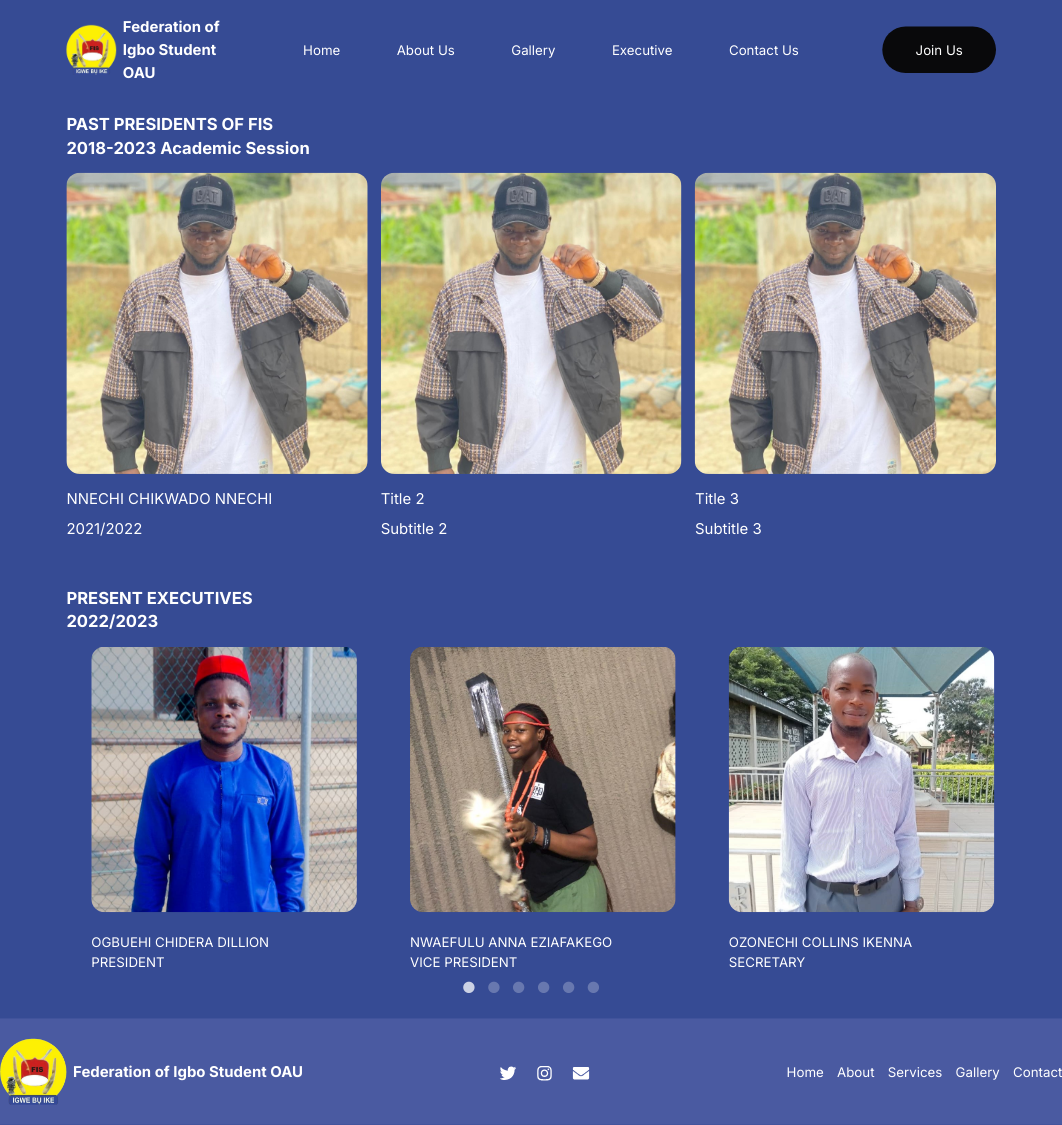
Repository: akinolapo/fis
Page: /executive
The author's editor kept a copy of each file at every save. The page is drawn from the files as they stood at one save, then again after the next save.
The browser window is 1280 px wide. The pictures show the whole page, at 83% of full size.
The project was rebuilt for these pictures with package versions that can differ from the ones it lists, and the page was loaded fresh each time. The framework's server and built-in components were replaced by stand-ins that run in the browser. Also part of the build but not shown: next.config.mjs.

Above is the page before, as saved 2024-05-06 23:11:11.

### app/layout.tsx
import type { Metadata } from "next";
import { Inter } from "next/font/google";
import "./globals.css";
import Header from "./components/Header/Header";
import Head from "next/head";
import Footer from "./components/Footer/Footer";
import { NavMobile } from "./components/Header/MobileNav/NavMobile";



const inter = Inter({ subsets: ["latin"] });

export const metadata: Metadata = {
  title: "Federation of Igbo Student OAU",
  description: "Federation of Igbo Student OAU",
};

export default function RootLayout({
  children,
}: Readonly<{
  children: React.ReactNode;
}>) {
  return (
    <html lang="en">
       <Head>
        <meta charSet="utf-8" />
        <meta name="viewport" content="width=device-width, initial-scale=1" />
        <meta name="theme-color" content="#ffffff" />
        <link rel="manifest" href="/site.webmanifest" />
        <link rel="icon" href="/favicon.ico" />
        {/* Add any other meta tags you need */}
      </Head>
      <body className={inter.className}>
        <main className="px-6 lg:px-20">
        <Header/>
        <NavMobile/>
        {children}
        </main>
        <Footer/>
        </body>
    </html>
  );
}

### app/executive/page.tsx
import React from 'react'
import ThreeImagesWithTitles from '../components/ImageTitle/ThreeImagesWithTitles'
import Excos from '../components/Excos/Excos'

const page = () => {
  return (
    <div className='py-4'>
        <h3 className="font-bold text-xl mb-4">PAST PRESIDENTS OF FIS<br></br>2018-2023 Academic Session</h3>
        <ThreeImagesWithTitles/>
        <Excos/>
    </div>
  )
}

export default page

### app/globals.css
@tailwind base;
@tailwind components;
@tailwind utilities;z

*{
  margin: 0;
  padding: 0;
}

.bg-myDarkColor{
  background-color: #364B94;
}

.bg-myLightColor{
  background-color: #4A5AA1;
}

body {
  background: #364B94 !important;
  color: #ffffff !important;
}

footer{
  background: #4A5AA1 !important;
}

a {
  text-decoration: none !important;
  color: #ffffff !important;
}

footer a:hover{
  color: rgb(156 163 175);
}

@layer utilities {
  .text-balance {
    text-wrap: balance;
  }
}

### app/components/Header/Header.tsx
import Image from "next/image";

const Header = () => {
  return (
    <header className="hidden justify-between items-center py-4 text-white lg:flex">
      {/* Logo and Site Title */}
      <div className="flex items-center">
        <Image src="/logo.png" alt="Logo" width={60} height={60} className="mr-2"  />
        <h1 className="text-lg font-bold">Federation of <br></br>Igbo Student<br></br> OAU</h1>
      </div>

      {/* Menu */}
      <nav className="flex justify-center flex-grow">
        <ul className="flex gap-1">
          <a href="/"><li className="cursor-pointer hover:text-gray-400 p-8">Home</li></a>
          <a href="/about"><li className="cursor-pointer hover:text-gray-400 p-8">About Us</li></a>
          <a href="/gallery"><li className="cursor-pointer hover:text-gray-400 p-8">Gallery</li></a>
          <a href="/executive"><li className="cursor-pointer hover:text-gray-400 p-8">Executive</li></a>
          <a href="contact"><li className="cursor-pointer hover:text-gray-400 p-8">Contact Us</li></a>
        </ul>
      </nav>

      {/* Join Us Button */}
      <button className="rounded-full py-4 px-10 bg-zinc-950 hover:bg-black text-white">
        Join Us
      </button>
    </header>
  );
};

export default Header;

### app/components/Footer/Footer.tsx
// Footer.tsx

import { FaTwitter, FaInstagram, FaEnvelope } from "react-icons/fa";

const Footer = () => {
  return (
    <footer className="text-white py-6">
      <div className="container mx-auto flex flex-col md:flex-row justify-between items-center">
        {/* Left section with logo, site title, and contact info */}
        <div className="flex items-center mb-4 md:mb-0">
          <img src="/logo.png" alt="Logo" className="h-20 mr-2" />
          <div className="text-lg font-bold">Federation of Igbo Student OAU</div>
        </div>
        <div>
          {/* <h3>Contact Us</h3> */}
          <div className="flex flex-col">
            <div className="flex items-center mt-1">
              <a
                href="https://twitter.com/"
                target="_blank"
                rel="noopener noreferrer"
                className="mr-2 text-white bg-primary p-2 rounded-full"
              >
                <FaTwitter className="text-xl" />
              </a>
              <a
                href="https://www.instagram.com/"
                target="_blank"
                rel="noopener noreferrer"
                className="mr-2 text-white bg-primary p-2 rounded-full"
              >
                <FaInstagram className="text-xl" />
              </a>
              <a
                href="mailto:example@example.com"
                target="_blank"
                rel="noopener noreferrer"
                className="text-white bg-primary p-2 rounded-full"
              >
                <FaEnvelope className="text-xl" />
              </a>
            </div>
          </div>
        </div>

        {/* Right section with site menu items */}
        <div className="md:hidden mt-4">
          <ul className="flex flex-wrap justify-center">
            <li className="mr-4 mb-2">
              <a href="/">Home</a>
            </li>
            <li className="mr-4 mb-2">
              <a href="/about">About</a>
            </li>
            <li className="mr-4 mb-2">
              <a href="/gallery">Gallery</a>
            </li>
            <li className="mr-4 mb-2">
              <a href="executive">Excecutive</a>
            </li>
            <li className="mb-2">
              <a href="contact">Contact</a>
            </li>
          </ul>
        </div>
        {/* Right section with site menu items */}
        <div className="hidden md:block">
          <ul className="flex">
            <li className="mr-4">
              <a href="#">Home</a>
            </li>
            <li className="mr-4">
              <a href="#">About</a>
            </li>
            <li className="mr-4">
              <a href="#">Services</a>
            </li>
            <li className="mr-4">
              <a href="#">Gallery</a>
            </li>
            <li>
              <a href="#">Contact</a>
            </li>
          </ul>
        </div>
      </div>
    </footer>
  );
};

export default Footer;

### app/components/Header/MobileNav/NavMobile.tsx
'use client'

import { useClickAway } from "react-use";
import { useRef } from "react";
import { useState } from "react";
import { AnimatePresence, motion } from "framer-motion";
import { Squash as Hamburger } from "hamburger-react";
import { routes } from "./routes";
import Image from "next/image";

export const NavMobile = () => {
  const [isOpen, setOpen] = useState(false);
  const ref = useRef(null);

  useClickAway(ref, () => setOpen(false));

  return (
    <div ref={ref} className="flex items-center justify-between py-2 lg:hidden">
      <Image src="/logo.png" alt="Logo" width={60} height={60} className="mr-2"  />
      <Hamburger toggled={isOpen} size={20} toggle={setOpen} />
      <AnimatePresence>
        {isOpen && (
          <motion.div
            initial={{ opacity: 0 }}
            animate={{ opacity: 1 }}
            exit={{ opacity: 0 }}
            transition={{ duration: 0.2 }}
            className="fixed z-20 bg-myDarkColor left-0 shadow-4xl right-0 top-[4.5rem] p-4"
          >
            <ul className="grid gap-2">
              {routes.map((route, idx) => {

                return (
                  <motion.li
                    initial={{ scale: 0, opacity: 0 }}
                    animate={{ scale: 1, opacity: 1 }}
                    transition={{
                      type: "spring",
                      stiffness: 260,
                      damping: 20,
                      delay: 0.1 + idx / 10,
                    }}
                    key={route.title}
                    className="w-full p-[0.08rem] rounded-xl bg-primary "
                  >
                    <a
                      onClick={() => setOpen((prev) => !prev)}
                      className={
                        "flex items-center justify-between w-full p-3 rounded-xl bg-myLightColor text-white"
                      }
                      href={route.href}
                    >
                      <span className="flex gap-1 text-lg">{route.title}</span>
                    </a>
                  </motion.li>
                );
              })}
            </ul>
          </motion.div>
        )}
      </AnimatePresence>
    </div>
  );
};

### app/components/ImageTitle/ThreeImagesWithTitles.tsx

import ImageWithTitle from './ImageWithTitle';

const ThreeImagesWithTitles: React.FC = () => {
  return (
    <div className="container mx-auto pb-8">
      <div className="flex gap-4 flex-col md:flex-row">
        <ImageWithTitle
          imageSrc="/images/exc1.jpeg"
          title="NNECHI CHIKWADO NNECHI "
          subtitle="2021/2022"
        />
        <ImageWithTitle
          imageSrc="/images/exc1.jpeg"
          title="Title 2"
          subtitle="Subtitle 2"
        />
        <ImageWithTitle
          imageSrc="/images/exc1.jpeg"
          title="Title 3"
          subtitle="Subtitle 3"
        />
      </div>
    </div>
  );
};

export default ThreeImagesWithTitles;

### app/components/Excos/Excos.tsx
import React from 'react'
import Members from '../Slider/Members'

const Excos = () => {
  return (
    <div>
        <h3 className="font-bold text-xl mb-4">PRESENT EXECUTIVES<br></br> 2022/2023</h3>
        <Members/>
    </div>
  )
}

export default Excos

### app/components/Header/MobileNav/routes.ts
export const routes = [
    {
      title: "Home",
      href: "/",
    },
    {
      title: "About Us",
      href: "/about",
    },
    {
      title: "Gallery",
      href: "gallery",
    },
    {
      title: "Executive",
      href: "executive",
    },
    {
      title: "Contact Us",
      href: "contact",
    },
    {
      title: "Join Us",
      href: "#",
    },
  ];

### app/components/ImageTitle/ImageWithTitle.tsx
import Image from 'next/image';
import React from 'react';

interface ImageWithTitleProps {
  imageSrc: string;
  title: string;
  subtitle: string;
}

const ImageWithTitle: React.FC<ImageWithTitleProps> = ({ imageSrc, title, subtitle }) => {
  return (
    <div className="mb-6 md:w-1/2 lg:w-1/3">
      <Image src={imageSrc} alt={title} className="w-full h-auto mb-4 rounded-2xl" width={320} height={320} />
      <p className="text-lg mb-2">{title}</p>
      <p className="text-lg">{subtitle}</p>
    </div>
  );
};

export default ImageWithTitle;

### app/components/Slider/Members.tsx
'use client'

import React from 'react';
import Slider from 'react-slick';
import 'slick-carousel/slick/slick.css';
import 'slick-carousel/slick/slick-theme.css';

import './members.css'
import Image from 'next/image';

// Sample data for members
const membersData = [
  { id: 1, name: 'OGBUEHI CHIDERA DILLION', position: 'PRESIDENT', image: '/images/member1.jpg' },
  { id: 2, name: 'NWAEFULU ANNA EZIAFAKEGO', position: 'VICE PRESIDENT', image: '/images/member2.jpg' },
  { id: 3, name: 'OZONECHI COLLINS IKENNA', position: 'SECRETARY', image: '/images/member3.jpg' },
  { id: 4, name: 'UGWUEKE DANIEL IGWEBUIKE', position: 'FINANCIAL SECRETARY', image: '/images/member4.jpg' },
  { id: 5, name: 'OGONNAYA KELVIN', position: 'DIRECTOR OF SOCIALS ', image: '/images/member5.jpg' },
  { id: 6, name: 'UCHE U. DEBORAH', position: 'PUBLIC RELATIONS OFFICER', image: '/images/member6.jpg' },
  // Add more members here
];

const Members = () => {
  const settings = {
    dots: true,
    infinite: true,
    speed: 500,
    slidesToShow: 3, // Show 3 members at a time on desktop
    slidesToScroll: 1,
    arrows: false, // Hide arrow navigation
    responsive: [
      {
        breakpoint: 1024, // Tablet
        settings: {
          slidesToShow: 2, // Show 2 members at a time on tablet
        },
      },
      {
        breakpoint: 600, // Mobile
        settings: {
          slidesToShow: 1, // Show 1 member at a time on mobile
        },
      },
    ],
  };

  return (
    <div className='relative'>
      <Slider {...settings}>
        {membersData.map((member) => (
          <div key={member.id} className='mb-10'>
            <Image src={member.image} alt={member.name} width={320} height={320} className='rounded-2xl mb-6' />
            <h5>{member.name}</h5>
            <p>{member.position}</p>
          </div>
        ))}
      </Slider>
    </div>
  );
};

export default Members;

### app/components/Slider/members.css
  /* members.css */

/* Override default slider styles */
.slick-slider {
    width: 100%; /* Ensure the slider spans the full width of its container */
  }

  .slick-list {
    overflow: hidden; /* Hide overflow to prevent slider from extending beyond its container */
  }

  .slick-track {
    display: flex !important; /* Ensure the track uses flexbox layout */
  }

  .slick-slide {
    flex: 0 0 auto; /* Prevent slides from growing or shrinking */
    margin-right: 10px; /* Adjust the gap size between slides */
  }

  .slick-dots {
    position: absolute; /* Position the dots container absolutely */
    bottom: 10px; /* Adjust the vertical position as needed */
    left: 50%; /* Center the dots horizontally */
    transform: translateX(-50%); /* Center the dots horizontally */
    z-index: 1; /* Ensure dots are above the slides */
  }

  .slick-dots li {
    display: inline-block; /* Display dots horizontally */
  }

  .slick-dots li button:before {
    color: white !important; /* Change bullet dot color to white */
    font-size: 16px;
  }

  /* Adjust Image component styling */
  .Image {
    display: block;
    width: 100%;
    height: auto;
  }

Loaded but not shown: tailwind.config.ts (common file)

After the next save:
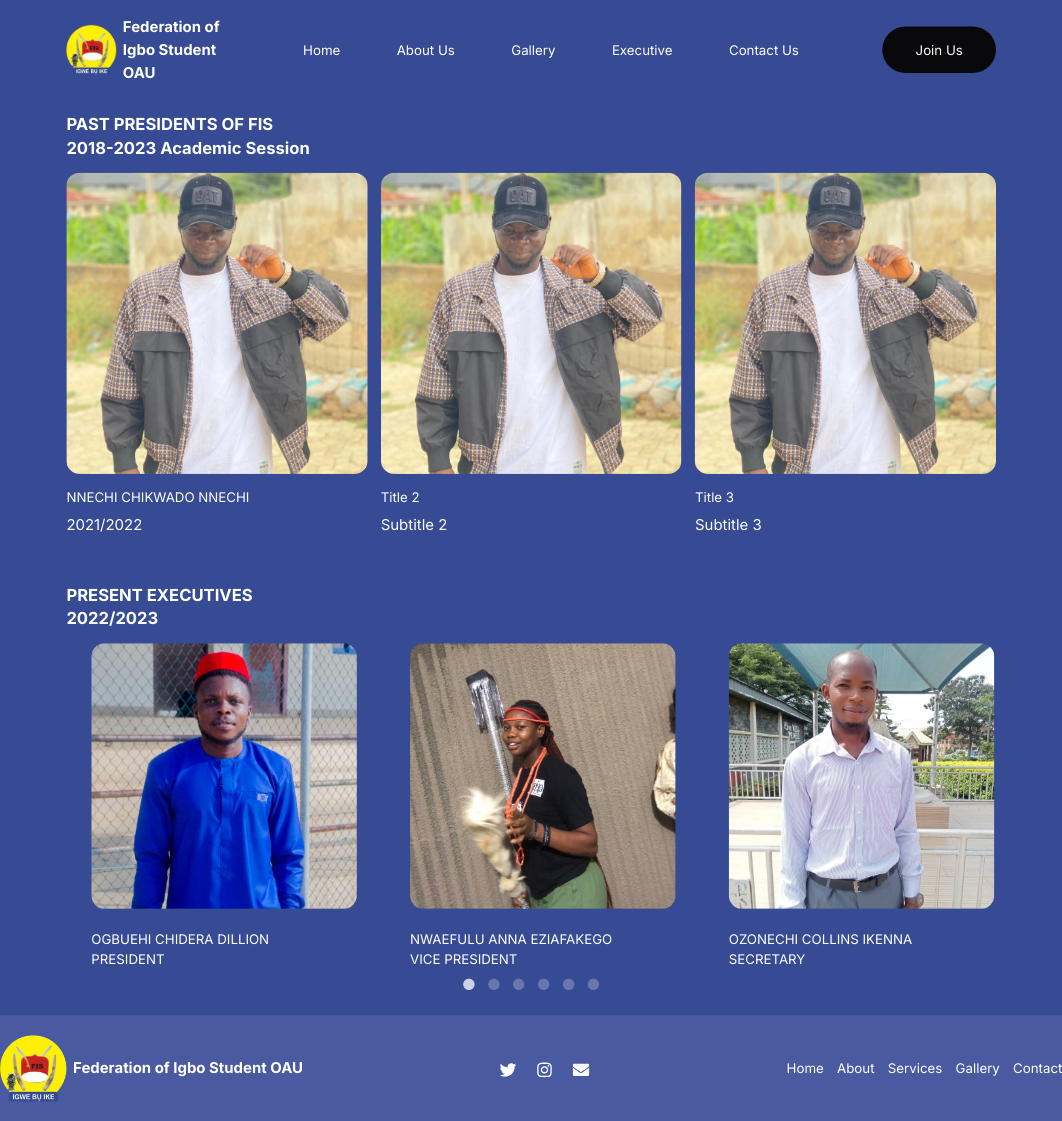
Saved 83 s later.
--- a/app/components/ImageTitle/ImageWithTitle.tsx
+++ b/app/components/ImageTitle/ImageWithTitle.tsx
@@ -11,7 +11,7 @@ const ImageWithTitle: React.FC<ImageWithTitleProps> = ({ imageSrc, title, subtit
   return (
     <div className="mb-6 md:w-1/2 lg:w-1/3">
       <Image src={imageSrc} alt={title} className="w-full h-auto mb-4 rounded-2xl" width={320} height={320} />
-      <p className="text-lg mb-2">{title}</p>
+      <p className="mb-2">{title}</p>
       <p className="text-lg">{subtitle}</p>
     </div>
   );
